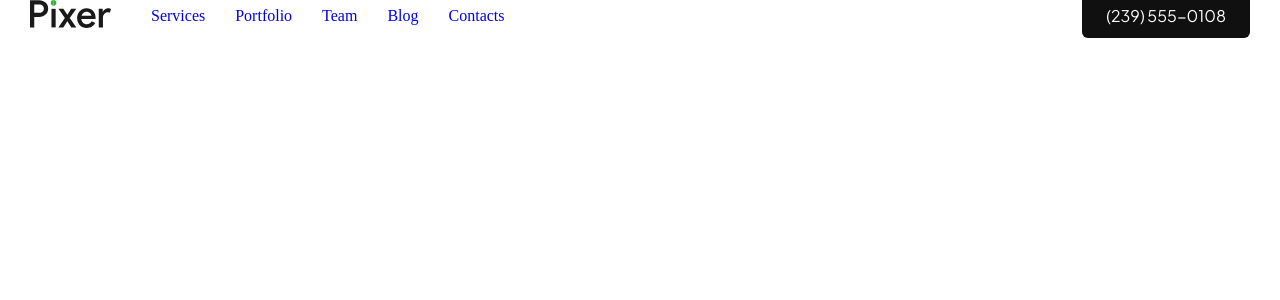
Repository: UlugbekAbdurasulov/pixar
Page: index.html
These files come from the project's save history. The page is drawn as it stood at one moment and after the next save; the edit follows.
The browser window is 1280 px wide. The pictures show the whole page.

Above is the page before, as saved 2023-06-04 23:20:31.

After the next save:
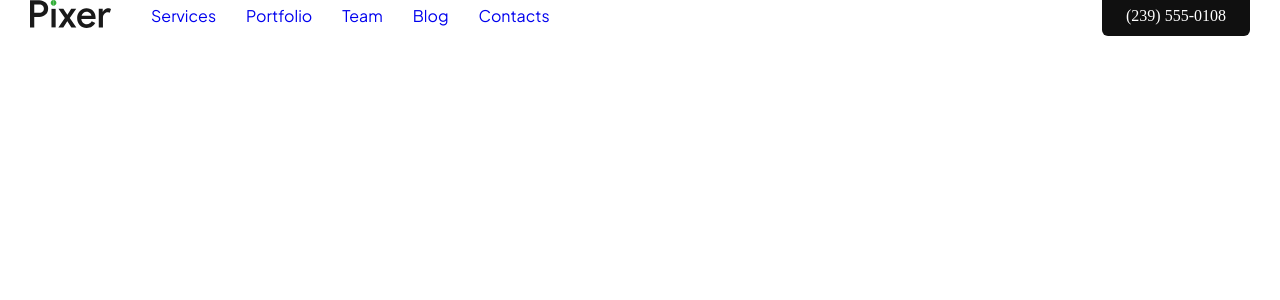
Saved 22 s later.
--- a/css/main.css
+++ b/css/main.css
@@ -82,7 +82,7 @@
 border-radius: 6px;
 padding: 12px 24px;
 }
-.navbar-link{
+.navbar-menu{
     font-family: 'Plus Jakarta Sans';
 font-style: normal;
 font-weight: 500;
